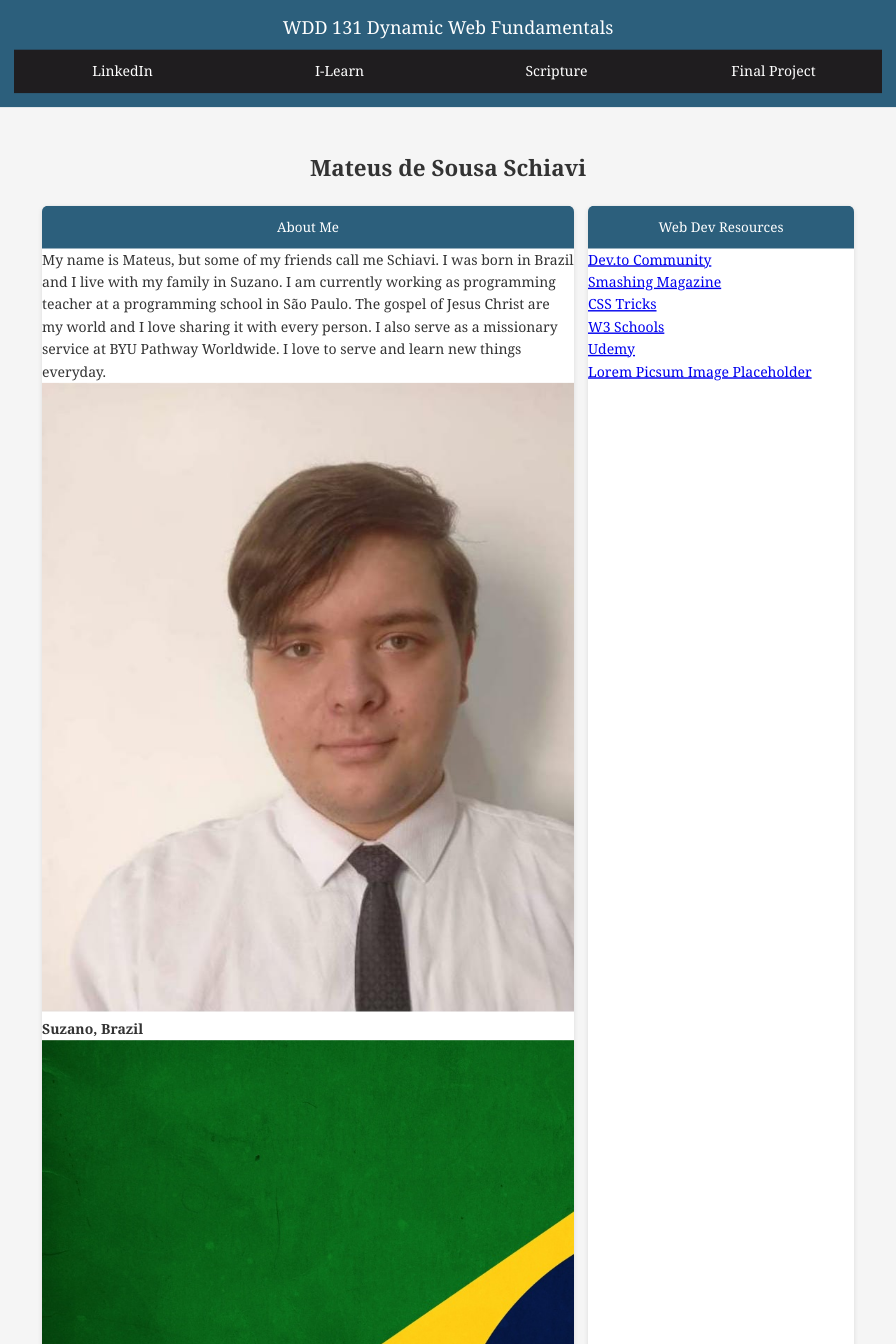
Repository: mateus-schiavi/wdd131
Page: index.html
The author's editor kept a copy of each file at every save. The page is drawn from the files as they stood at one save, then again after the next save.
The browser window is 1280 px wide. The pictures show the part of the page from y = 0 to 1920 px (the page is 3070 px tall before and 1097 px after), at 70% of full size.
Some web fonts or font styles are not loaded; a fallback is used.

Above is the page before, as saved 2026-01-10 18:14:58.

After the next save:
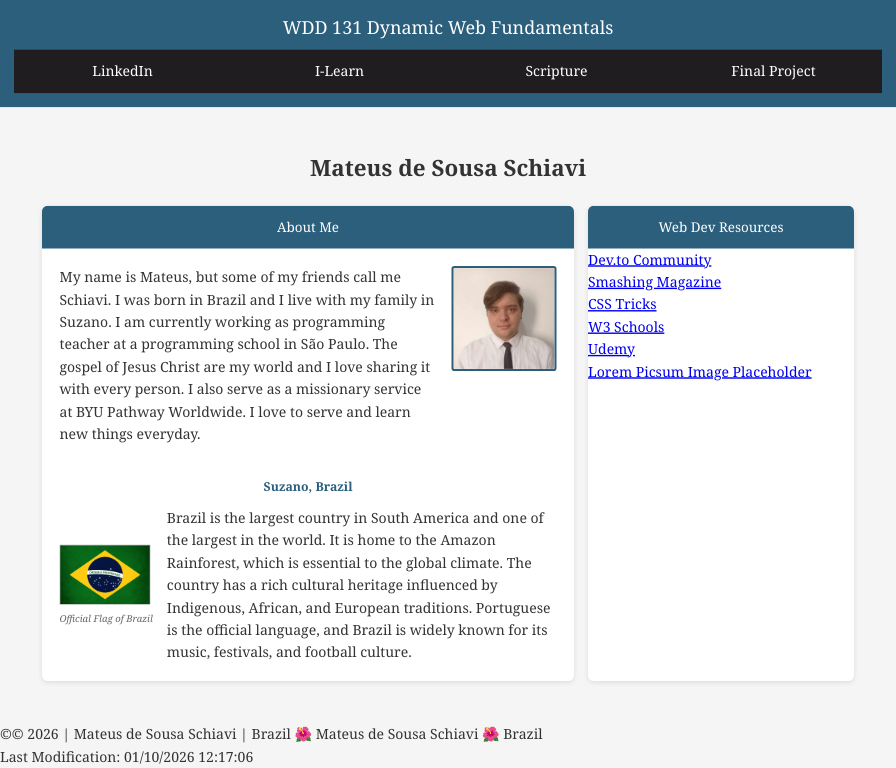
Saved 5 min 55 s later.
--- a/styles/base.css
+++ b/styles/base.css
@@ -89,3 +89,66 @@ main > h2 {
   margin: 0;
   font-weight: normal;
 }
+
+.about-card .about-content {
+  padding: 25px;
+  display: flex;
+  gap: 20px;
+  align-items: flex-start;
+}
+
+.text-content {
+  flex: 1;
+}
+
+.text-content p {
+  max-width: 65ch;
+  text-align: left;
+}
+
+.about-content img {
+  width: 150px;
+  height: auto;
+  border: 3px solid #2c5f7c;
+  border-radius: 4px;
+  flex-shrink: 0;
+}
+
+.country {
+  padding: 25px;
+  padding-top: 20px;
+}
+
+.country h4 {
+  text-align: center;
+  color: #2c5f7c;
+  margin-bottom: 15px;
+  font-size: 1.1rem;
+}
+
+.country-content {
+  display: flex;
+  gap: 20px;
+  align-items: center;
+  margin-top: 15px;
+}
+
+.country-content figure {
+  text-align: center;
+  margin: 0;
+  flex-shrink: 0;
+}
+
+.country-content figure img {
+  width: 130px;
+  height: auto;
+  border: 1px solid #ccc;
+  display: block;
+  margin-bottom: 8px;
+}
+
+.country-content figcaption {
+  font-size: 0.85rem;
+  font-style: italic;
+  color: #666;
+}
